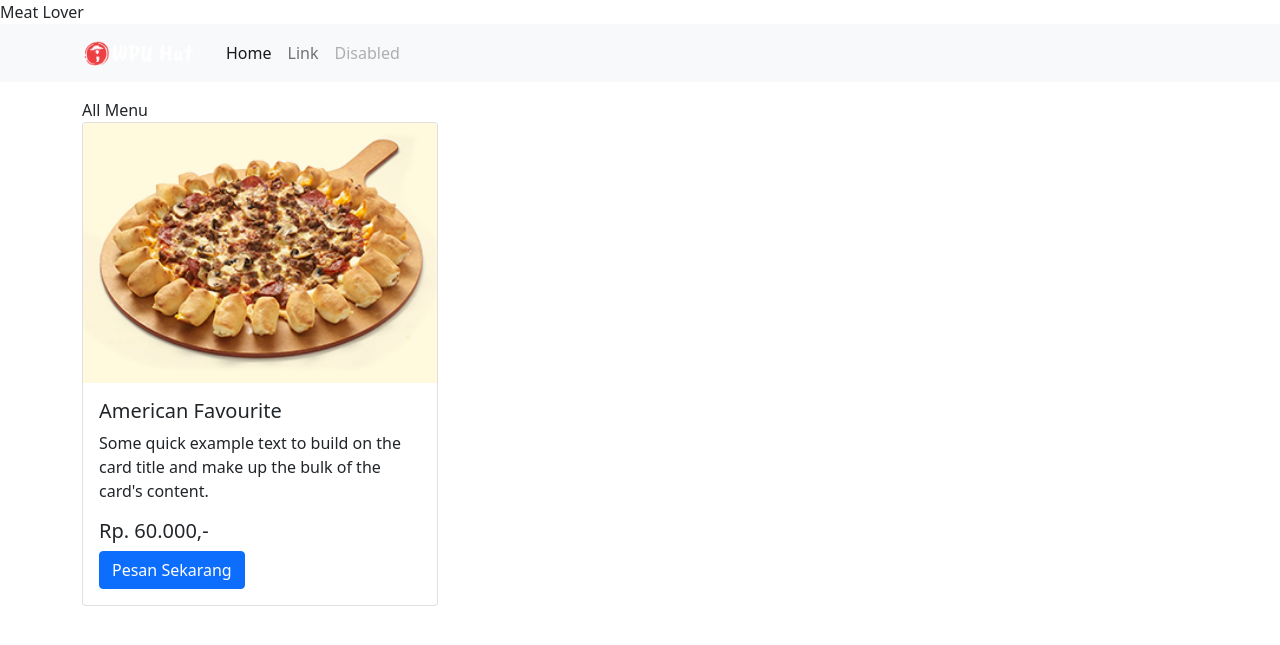
Repository: bayukembara/RESTAPI
Page: http://localhost/latihan1.php
The author's editor kept a copy of each file at every save. The page is drawn from the files as they stood at one save, then again after the next save.
The browser window is 1280 px wide. The pictures show the whole page.
Some web libraries are served in a nearby version. The page is run by PHP 8.4 with error messages shown; the project is at /var/www/html/.

Above is the page before, as saved 2022-04-29 13:17:36.

### latihan1.php
<?php

$data = file_get_contents("data/menu.json");
$menu = json_decode($data,true);

$menu = $menu["menu"];

echo $menu[0]["nama"];
?>

<!doctype html>
<html lang="en">

  <head>
    <!-- Required meta tags -->
    <meta charset="utf-8">
    <meta name="viewport" content="width=device-width, initial-scale=1">

    <!-- Bootstrap CSS -->
    <link href="https://cdn.jsdelivr.net/npm/bootstrap@5.1.3/dist/css/bootstrap.min.css" rel="stylesheet"
      integrity="sha384-1BmE4kWBq78iYhFldvKuhfTAU6auU8tT94WrHftjDbrCEXSU1oBoqyl2QvZ6jIW3" crossorigin="anonymous">

    <title>B-Hut</title>
  </head>

  <body>
    <!-- Navbar -->
    <nav class="navbar navbar-expand-lg navbar-light bg-light">
      <div class="container">
        <a class="navbar-brand" href="#"><img src="data\logo.png" alt="" width="120px"></a>
        <button class="navbar-toggler" type="button" data-bs-toggle="collapse" data-bs-target="#navbarSupportedContent"
          aria-controls="navbarSupportedContent" aria-expanded="false" aria-label="Toggle navigation">
          <span class="navbar-toggler-icon"></span>
        </button>
        <div class="collapse navbar-collapse" id="navbarSupportedContent">
          <ul class="navbar-nav me-auto mb-2 mb-lg-0">
            <li class="nav-item">
              <a class="nav-link active" aria-current="page" href="#">Home</a>
            </li>
            <li class="nav-item">
              <a class="nav-link" href="#">Link</a>
            </li>
            <li class="nav-item">
              <a class="nav-link disabled">Disabled</a>
            </li>
          </ul>
        </div>
      </div>
    </nav>
    <!-- End Nav bar -->

    <!-- Content -->
    <div class="container">
      <div class="row mt-3">
        <div class="col">
          All Menu
        </div>
      </div>
      <div class="row">
        <div class="col-md-4">
          <div class="card">
            <img src="data/pizza/american-favourite.jpg" class="card-img-top" alt="...">
            <div class="card-body">
              <h5 class="card-title">American Favourite</h5>
              <p class="card-text">Some quick example text to build on the card title and make up the bulk of the card's
                content.</p>
              <h5 class="card-title">Rp. 60.000,-</h5>
              <a href="#" class="btn btn-primary">Pesan Sekarang</a>
            </div>
          </div>
        </div>
      </div>
    </div>
    <!-- End Content -->
    <!-- Optional JavaScript; choose one of the two! -->
    <script src="https://code.jquery.com/jquery-3.6.0.js"
      integrity="sha256-H+K7U5CnXl1h5ywQfKtSj8PCmoN9aaq30gDh27Xc0jk=" crossorigin="anonymous"></script>

    <!-- Option 1: Bootstrap Bundle with Popper -->
    <script src="https://cdn.jsdelivr.net/npm/bootstrap@5.1.3/dist/js/bootstrap.bundle.min.js"
      integrity="sha384-ka7Sk0Gln4gmtz2MlQnikT1wXgYsOg+OMhuP+IlRH9sENBO0LRn5q+8nbTov4+1p" crossorigin="anonymous">
    </script>

    <!-- Option 2: Separate Popper and Bootstrap JS -->

    <script src="https://cdn.jsdelivr.net/npm/@popperjs/core@2.10.2/dist/umd/popper.min.js"
      integrity="sha384-7+zCNj/IqJ95wo16oMtfsKbZ9ccEh31eOz1HGyDuCQ6wgnyJNSYdrPa03rtR1zdB" crossorigin="anonymous">
    </script>
    <script src="https://cdn.jsdelivr.net/npm/bootstrap@5.1.3/dist/js/bootstrap.min.js"
      integrity="sha384-QJHtvGhmr9XOIpI6YVutG+2QOK9T+ZnN4kzFN1RtK3zEFEIsxhlmWl5/YESvpZ13" crossorigin="anonymous">
    </script>

  </body>

</html>

### menu.json
{
  "menu": [
    {
      "kategori": "pizza",
      "nama": "Meat Lover",
      "deskripsi": "Irisan sosis sapi, daging sapi cincang, burger sapi, sosis ayam.",
      "harga": 49500,
      "gambar": "meat-lover.jpg"
    },
    {
      "kategori": "pizza",
      "nama": "Super Supreme",
      "deskripsi": "Daging ayam dan sapi asap, daging sapi cincang, burger sapi, jamur, paprika merah dan paprika hijau.",
      "harga": 49500,
      "gambar": "supreme.jpg"
    },
    {
      "kategori": "pizza",
      "nama": "Tuna Melt",
      "deskripsi": "Irisan daging ikan tuna, butiran jagung, saus mayonnaise.",
      "harga": 49500,
      "gambar": "tuna-melt.jpg"
    },
    {
      "kategori": "pizza",
      "nama": "American Favourite",
      "deskripsi": "Pepperoni sapi, daging sapi cincang, jamur.",
      "harga": 49500,
      "gambar": "american-favourite.jpg"
    },
    {
      "kategori": "pasta",
      "nama": "Beef Spaghetti",
      "deskripsi": "Pepperoni sapi, daging sapi cincang, jamur.",
      "harga": 43000,
      "gambar": "beef-spaghetti.jpg"
    },
    {
      "kategori": "pasta",
      "nama": "Beef Lasagna",
      "deskripsi": "Dipanggang, daging sapi cincang. krim putih lembut di tiap lapisan.",
      "harga": 48000,
      "gambar": "beef-lasagna.jpg"
    },
    {
      "kategori": "pasta",
      "nama": "Creamy Beef Fettuccine",
      "deskripsi": "Daging sapi asap dan jamur, ditumis dengan saus krim lembut.",
      "harga": 43000,
      "gambar": "creamy-beef-fettuccine.jpg"
    },
    {
      "kategori": "nasi",
      "nama": "Meatballs Beef Mushroom",
      "deskripsi": "Bola daging sapi dengan saus daging sapi cincang dan jamur.",
      "harga": 40000,
      "gambar": "meatballs-beef-mushroom.jpg"
    },
    {
      "kategori": "nasi",
      "nama": "Black Pepper Chicken",
      "deskripsi": "Ayam dengan saus lada hitam.",
      "harga": 40000,
      "gambar": "black-pepper-chicken.jpg"
    },
    {
      "kategori": "nasi",
      "nama": "Oriental Chicken",
      "deskripsi": "Daging ayam berpadu dengan saus oriental.",
      "harga": 40000,
      "gambar": "oriental-chicken.jpg"
    },
    {
      "kategori": "minuman",
      "nama": "Choco Mint",
      "deskripsi": "",
      "harga": 24000,
      "gambar": "choco-mint.jpg"
    },
    {
      "kategori": "minuman",
      "nama": "Toffee Coffee",
      "deskripsi": "",
      "harga": 24000,
      "gambar": "toffee-coffee.jpg"
    },
    {
      "kategori": "minuman",
      "nama": "Green Tea Shake",
      "deskripsi": "",
      "harga": 24000,
      "gambar": "green-tea-shake.jpg"
    },
    {
      "kategori": "minuman",
      "nama": "Strawberry Milkshake",
      "deskripsi": "",
      "harga": 24000,
      "gambar": "strawberry-milkshake.jpg"
    },
    {
      "kategori": "minuman",
      "nama": "Chocolate Milkshake",
      "deskripsi": "",
      "harga": 24000,
      "gambar": "chocolate-milkshake.jpg"
    }
  ]
}

After the next save:
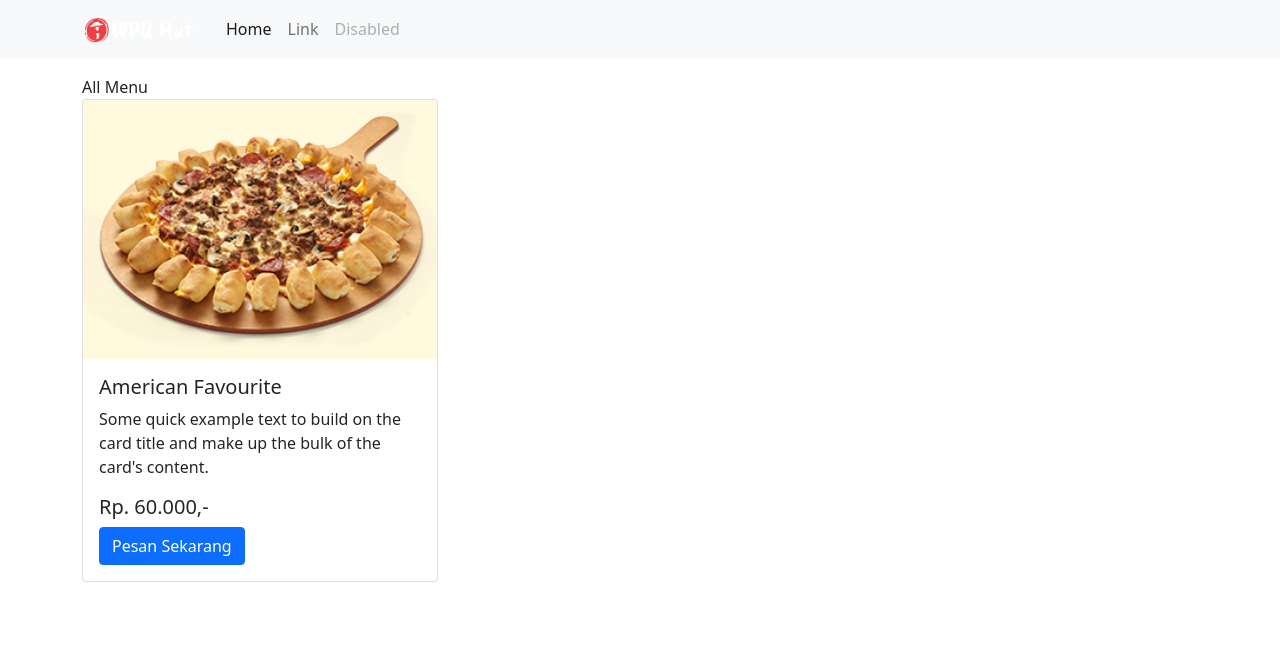
Saved 8 s later.
--- a/latihan1.php
+++ b/latihan1.php
@@ -5,7 +5,6 @@
 
 $menu = $menu["menu"];
 
-echo $menu[0]["nama"];
 ?>
 
 <!doctype html>
